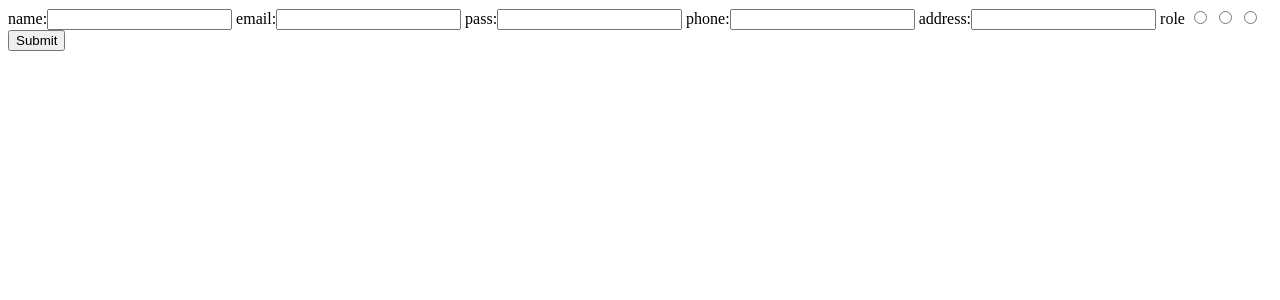
Repository: Ganesh9986320435/AllProjectsFromYestYantra
Page: http://localhost/mcdonaldsprojectjsp/signin.jsp
These files come from the project's save history. The page is drawn as it stood at one moment and after the next save; the edit follows.
The browser window is 1280 px wide. The pictures show the whole page.
The page is served by Tomcat 9.

Above is the page before, as saved 2023-01-31 10:48:01.

After the next save:
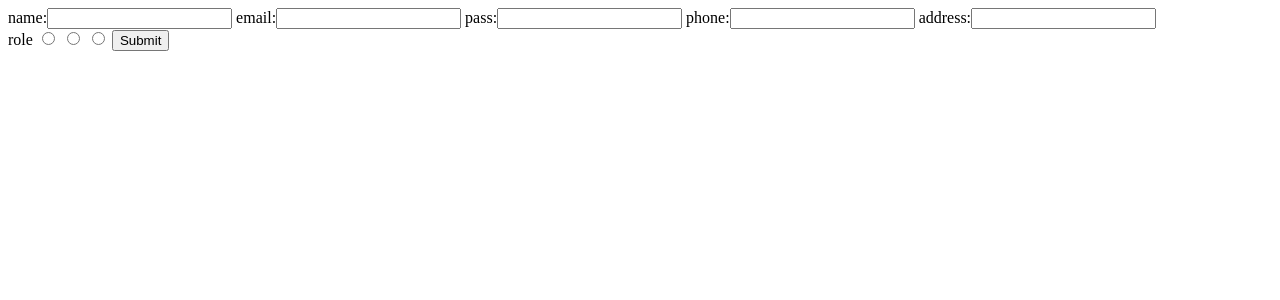
Saved 24 s later.
--- a/mcdonaldsprojectjsp/src/main/webapp/signin.jsp
+++ b/mcdonaldsprojectjsp/src/main/webapp/signin.jsp
@@ -12,7 +12,7 @@
 email:<input type="text" name="email">
 pass:<input type="text" name="pass">
 phone:<input type="text" name="phone">
-address:<input type="text" name="address">
+address:<input type="text" name="address"><br>
 <label for="role"> role</label>
 <input type="radio" name="role" placeholder="manager">
 <input type="radio" name="role" placeholder="staff">
